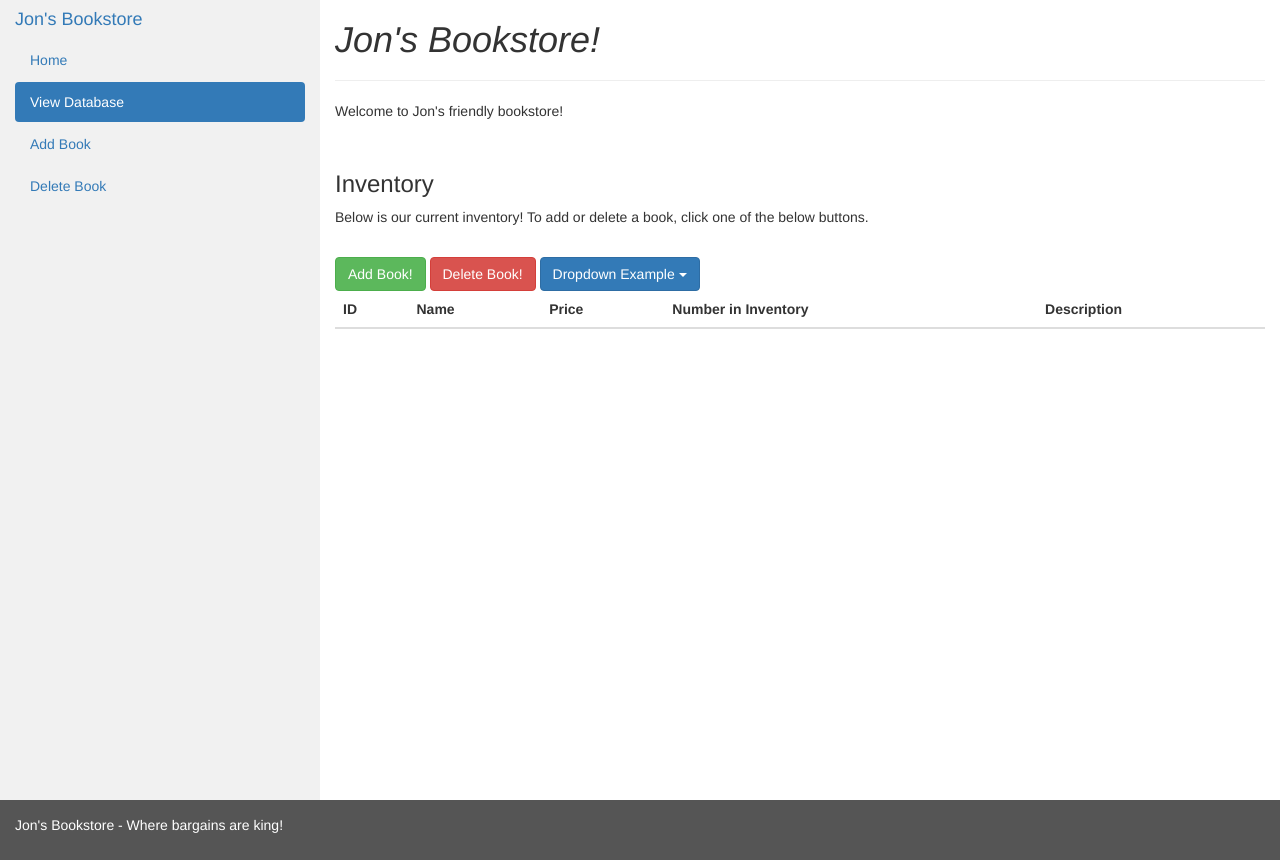
Repository: Inferno51/bookstoreproject
Page: http://localhost/bookstore/readfromdb.jsp
These files come from the project's save history. The page is drawn as it stood at one moment and after the next save; the edit follows.
The browser window is 1280 px wide. The pictures show the whole page.
The page is served by Tomcat 9. Queries for data that is not in the repository find no rows.

Above is the page before, as saved 2016-09-02 17:12:53.

After the next save:
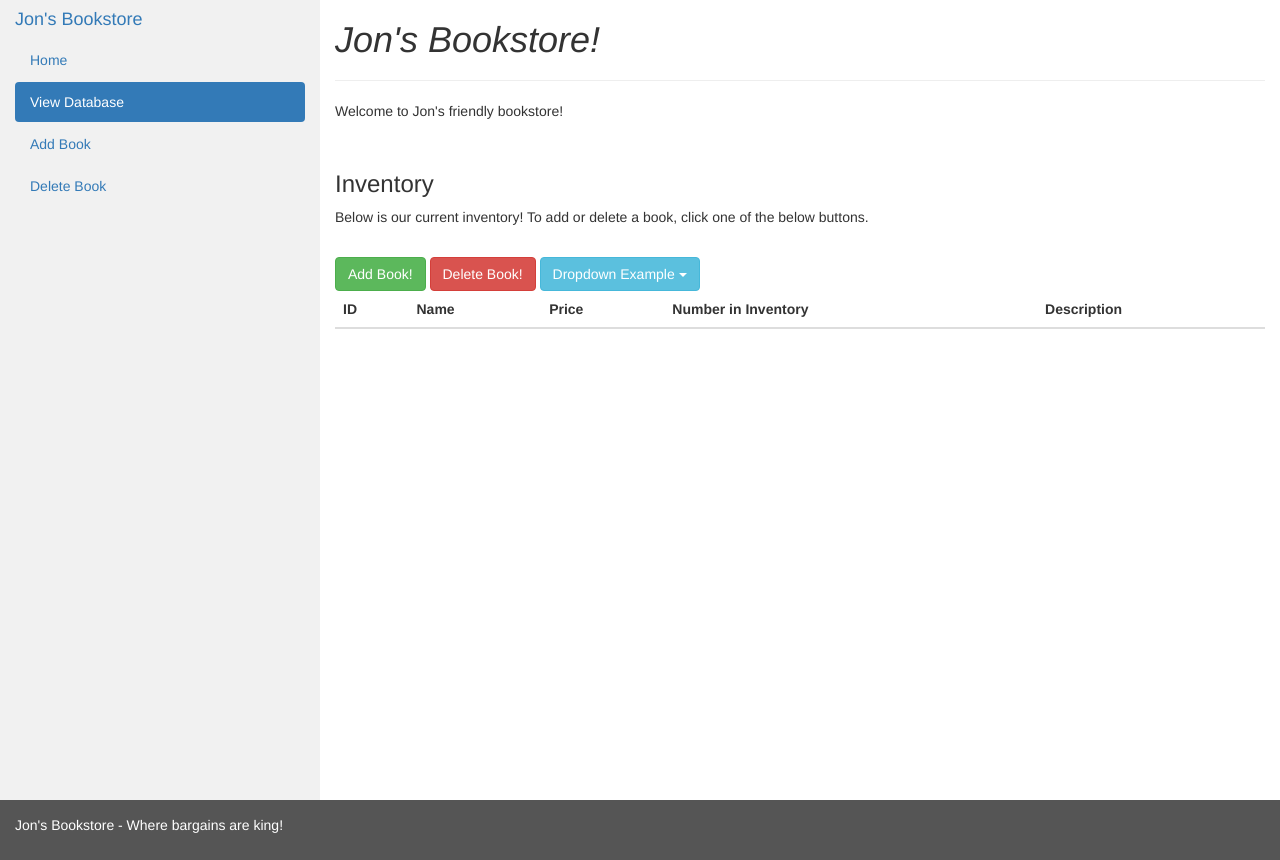
Saved 49 s later.
--- a/bookstore/src/main/webapp/readfromdb.jsp
+++ b/bookstore/src/main/webapp/readfromdb.jsp
@@ -80,7 +80,7 @@
 							%>
 
 						</tbody>
-						<button class="btn btn-primary dropdown-toggle" type="button"
+						<button class="btn btn-info dropdown-toggle" type="button"
 							data-toggle="dropdown">
 							Dropdown Example <span class="caret"></span>
 						</button>
